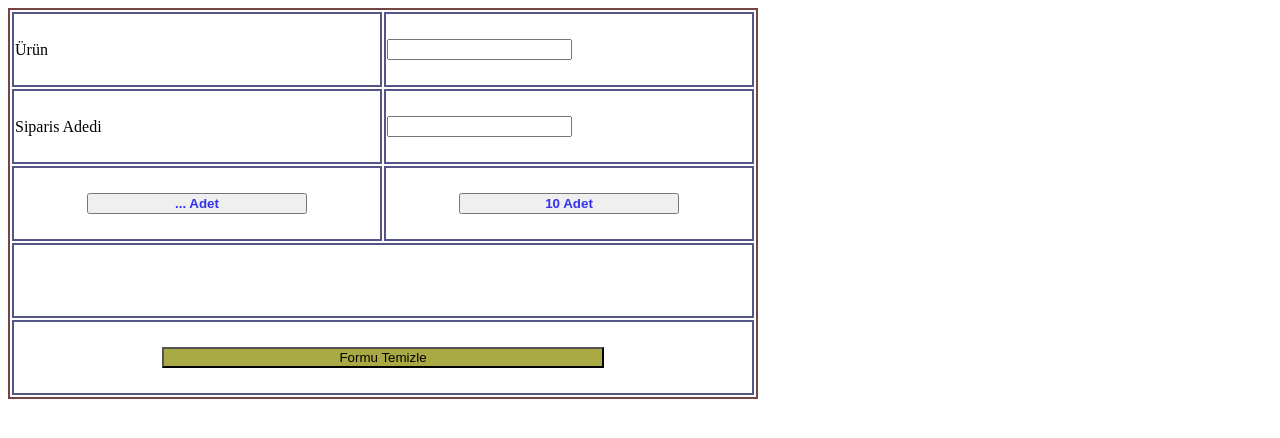
Repository: emrebolukbas/.js-Training-Tobeto
Page: 3-Siparis/public/Siparis.html
These files come from the project's save history. The page is drawn as it stood at one moment and after the next save; the edit follows.
The browser window is 1280 px wide. The pictures show the whole page.

Above is the page before, as saved 2023-10-08 12:35:21.

After the next save:
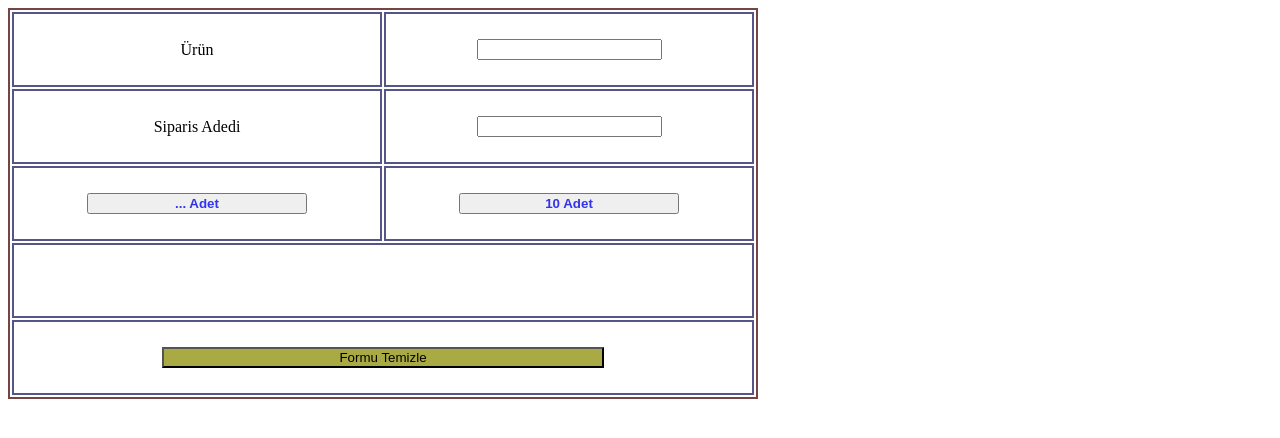
Saved 15 s later.
--- a/3-Siparis/public/Siparis.css
+++ b/3-Siparis/public/Siparis.css
@@ -8,7 +8,7 @@ table.table-1 {
 
 tr.tr-1 {
 	height: 75px;
-	padding-right: 20px ;
+	text-align: center;
 }
 
 /* Çizelgenin ikinci tür satırları için Css stilli */
